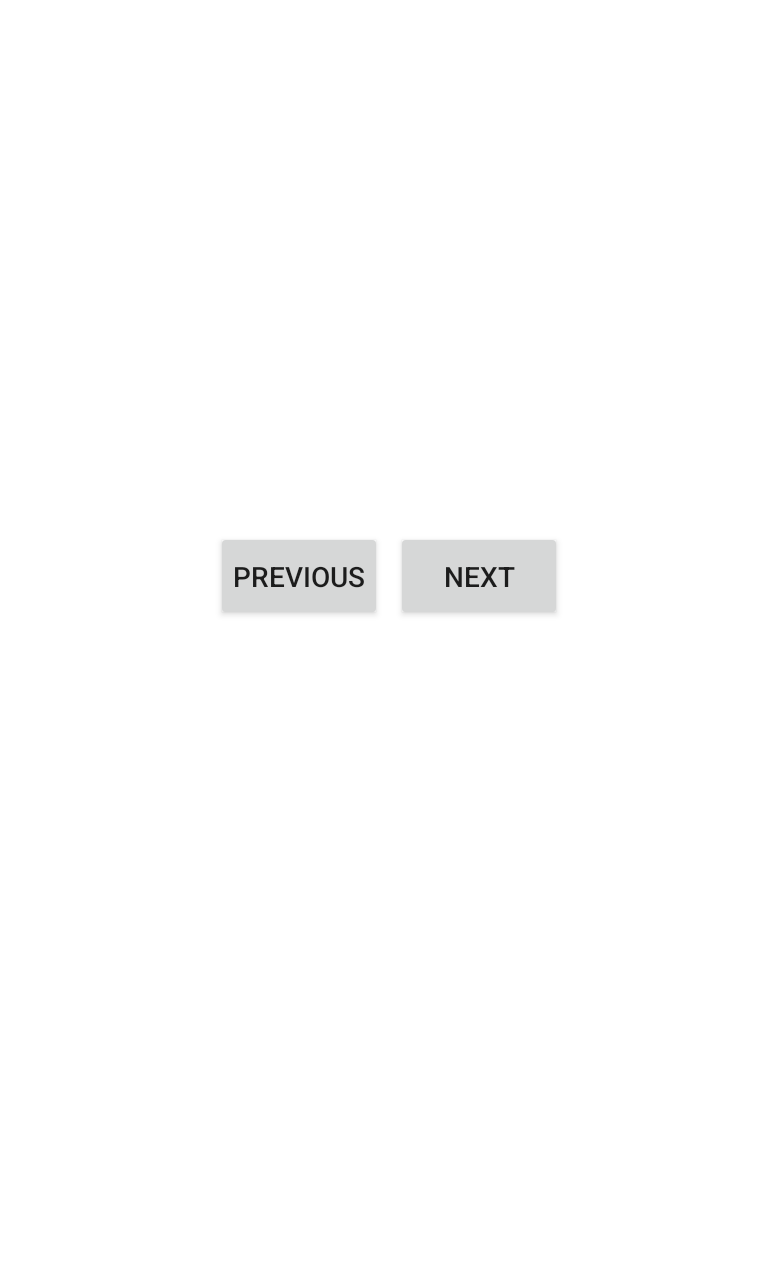
Repository: Warun26/PropertySearch
Layout: PropertySearch/res/layout/historical_zestimates_tab.xml
The author's editor kept a copy of each file at every save. The layout is drawn from the files as they stood at one save, then again after the next save.
It is drawn on a 768 x 1280 px phone screen (xhdpi) without system bars, with theme AppTheme; the app's code is not run. The app's manifest (not shown) leaves right-to-left support off. So textAlignment, textDirection and layoutDirection are ignored, and left and right values win over start and end ones.

Above is the layout before, as saved 2014-11-23 06:20:17.

### PropertySearch/res/layout/historical_zestimates_tab.xml
<?xml version="1.0" encoding="utf-8"?>
<LinearLayout xmlns:android="http://schemas.android.com/apk/res/android"
    android:id="@+id/tab2"
    android:layout_width="fill_parent"
    android:layout_height="fill_parent"
    android:orientation="vertical"
    android:background="#fff"
    android:padding="0dp"
    android:layout_margin="0dp">

    <TextSwitcher
        android:id="@+id/chartYear"
        android:layout_width="fill_parent"
        android:layout_height="wrap_content"
        android:background="#fff"
        android:padding="5dp"
        android:textSize = "17sp"
        android:textStyle="bold"
        android:layout_marginTop="10dp"
        android:layout_marginBottom="5dp" />


    <TextView
	     android:id="@+id/address"
	     android:layout_width="wrap_content"
	     android:layout_height="wrap_content"
	     android:padding="0dp"
	     android:textSize="14sp"
	     android:textAlignment="center"
	     android:layout_gravity="center"  >
	</TextView>

    <ImageSwitcher
      android:id="@+id/ZestimateCharts"
      android:layout_width="fill_parent"
      android:layout_height="200dp"
      android:layout_marginLeft="3dp"
      android:layout_marginRight="3dp">
    </ImageSwitcher>

    <LinearLayout
        android:id="@+id/imageNavigationButtons"
        android:layout_width="180dp"
        android:layout_height="wrap_content"
        android:orientation="horizontal"
        android:layout_gravity="center_horizontal" >
	    <Button
	      	android:id="@+id/previousImageButton"
	        android:layout_width="fill_parent"
	        android:layout_height="wrap_content"
	        android:text="@string/previous"
	        android:layout_marginLeft="5dp"
	        android:layout_marginStart="5dp"
	        android:layout_marginTop="20dp"
	        android:paddingLeft="3dp"
	        android:paddingRight="3dp"
	        android:layout_weight="1" />

	    <Button
	      	android:id="@+id/nextImageButton"
	        android:layout_width="fill_parent"
	        android:layout_height="wrap_content"
	        android:text="@string/next"
	        android:layout_marginLeft="5dp"
	        android:layout_marginStart="5dp"
	        android:layout_marginTop="20dp"
	        android:paddingLeft="3dp"
	        android:paddingRight="3dp"
	        android:layout_weight="1" />
        </LinearLayout>
        <TextView
            android:id="@+id/branding2"
            android:layout_width="200dp"
            android:layout_height="wrap_content"
            android:textColorLink="#0000EE"
            android:textColor="#000"
            android:textAlignment="center"
            android:gravity="center_horizontal"
            android:layout_gravity="center_horizontal"
            android:layout_marginTop="7dp" />
</LinearLayout>

### PropertySearch/res/values/strings.xml
<?xml version="1.0" encoding="utf-8"?>
<resources>

    <string name="app_name">PropertySearch</string>
    <string name="hello_world">Hello world!</string>
    <string name="action_settings">Settings</string>
    <string name="search">Search</string>
    <string name="title_activity_main">MainActivity</string>
    <string name="form_title">Search Your Property Here</string>
    <string name="street_address">Street Address</string>
    <string name="address">Address*:</string>
    <string name="city_label">City*:</string>
    <string name="city">City</string>
    <string name="state">State*:</string>
    <string name="zillow_image">Zillow Logo</string>
    <string name="error_message">This field is required.</string>
    <string name="body1">body1</string>
    <string name="body2">body2</string>
    <string name="previous">Previous</string>
    <string name="next">Next</string>
    <string name="more_details">See more details on Zillow:</string>
    <string-array name="states">
        <item>Choose State</item>
        <item>AL</item>
        <item>AK</item>
        <item>AZ</item>
        <item>AR</item>
        <item>CA</item>
        <item>CO</item>
        <item>CT</item>
        <item>DE</item>
        <item>DC</item>
        <item>FL</item>
        <item>GA</item>
        <item>HI</item>
        <item>ID</item>
        <item>IL</item>
        <item>IN</item>
        <item>IA</item>
        <item>KS</item>
        <item>KY</item>
        <item>LA</item>
        <item>ME</item>
        <item>MD</item>
        <item>MA</item>
        <item>MI</item>
        <item>MN</item>
        <item>MS</item>
        <item>MO</item>
        <item>MT</item>
        <item>NE</item>
        <item>NV</item>
        <item>NH</item>
        <item>NJ</item>
        <item>NM</item>
        <item>NY</item>
        <item>NC</item>
        <item>ND</item>
        <item>OH</item>
        <item>OK</item>
        <item>OR</item>
        <item>PA</item>
        <item>PA</item>
        <item>RI</item>
        <item>SC</item>
        <item>SD</item>
        <item>TN</item>
        <item>TX</item>
        <item>UT</item>
        <item>VT</item>
        <item>VA</item>
        <item>WA</item>
        <item>WV</item>
        <item>WI</item>
        <item>WY</item>
    </string-array>

    <string name="title_activity_display_property_details">Results from Zillow</string>

</resources>

Loaded but not shown: PropertySearch/res/values/styles.xml (common file); PropertySearch/res/values-v11/styles.xml (common file); PropertySearch/res/values-v14/styles.xml (common file)

After the next save:
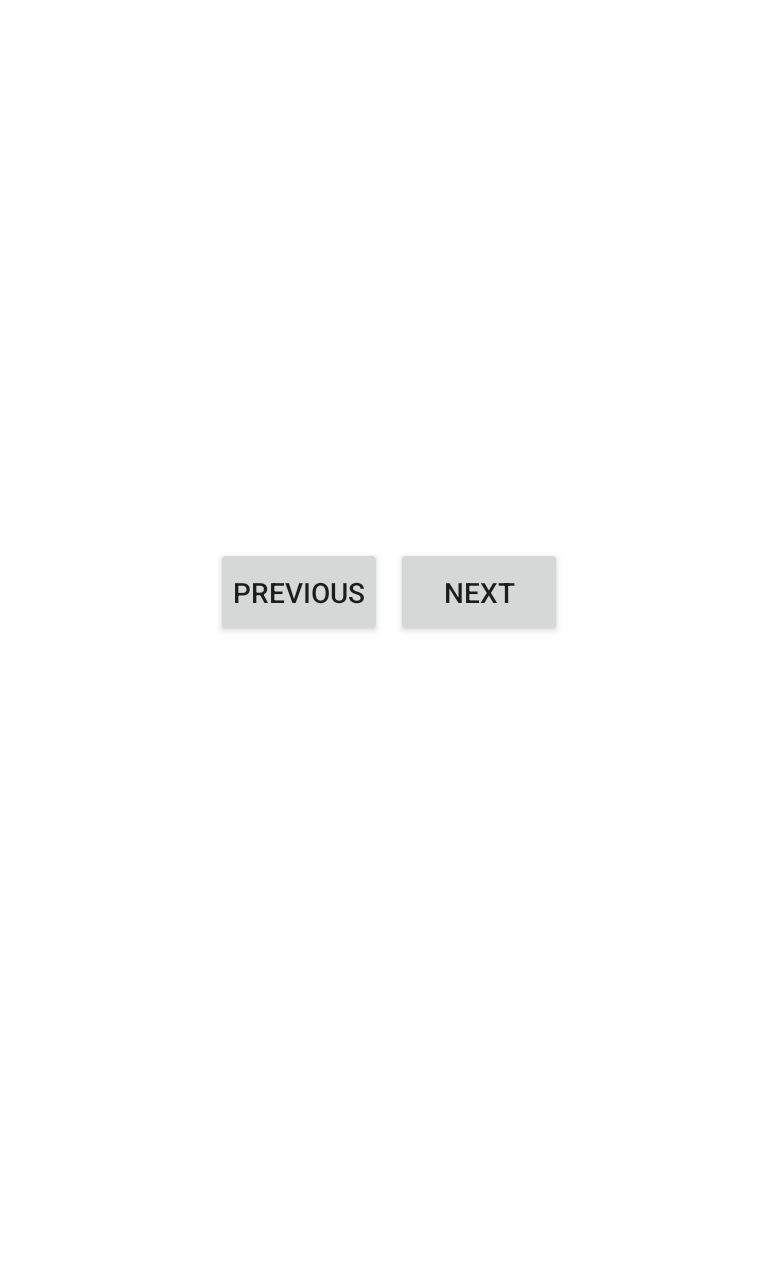
Saved 4 min 54 s later.
--- a/PropertySearch/res/layout/historical_zestimates_tab.xml
+++ b/PropertySearch/res/layout/historical_zestimates_tab.xml
@@ -34,6 +34,7 @@
       android:id="@+id/ZestimateCharts"
       android:layout_width="fill_parent"
       android:layout_height="200dp"
+      android:layout_marginTop="8dp"
       android:layout_marginLeft="3dp"
       android:layout_marginRight="3dp">
     </ImageSwitcher>
